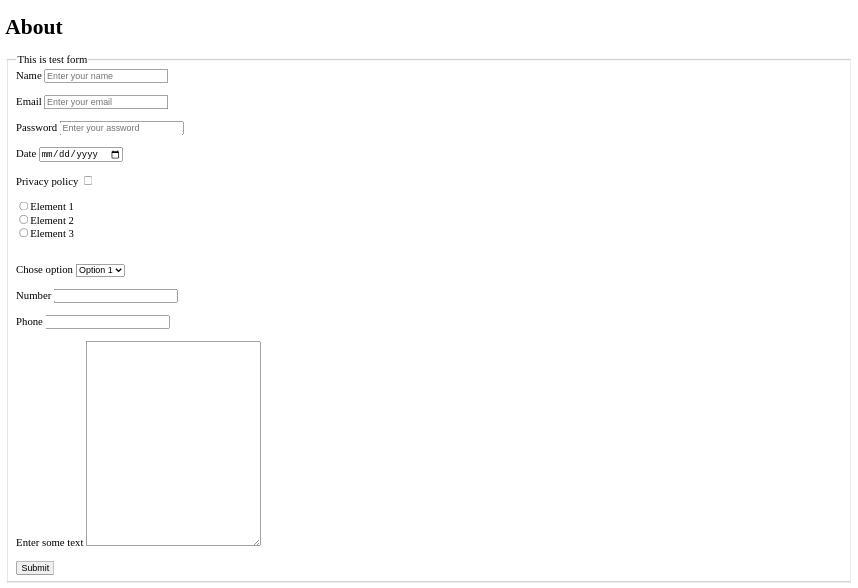
Repository: fisikusari/test-repo
Page: about.html
The author's editor kept a copy of each file at every save. The page is drawn from the files as they stood at one save, then again after the next save.
The browser window is 1280 px wide. The pictures show the whole page, at 67% of full size.

Above is the page before, as saved 2021-11-11 19:47:37.

### about.html
<!DOCTYPE html>
<html lang="en">

<head>
  <meta charset="UTF-8">
  <meta http-equiv="X-UA-Compatible" content="IE=edge">
  <meta name="viewport" content="width=device-width, initial-scale=1.0">
  <title>About</title>
</head>

<body>
  <h1>About</h1>
  <!--Form Starts here-->
  <form action="">
    <!--Fieldset Starts here-->
    <fieldset>
      <legend>This is test form</legend>
      <label for="name">Name</label>
      <input type="text" id="name" name="emri" placeholder="Enter your name" /><br><br>
      <label for="email">Email</label>
      <input type="email" name="email" id="email" placeholder="Enter your email" /><br></br>
      <label for="password">Password</label>
      <input type="password" name="password" id="password" placeholder="Enter your assword"><br><br>
      <label for="date">Date</label>
      <input type="date" name="date" id="date"><br><br>
      <label for="privacy_policy">Privacy policy</label>
      <input type="checkbox" name="privacy_policy" id="privacy_policy"> <br></br>
      <label for="radio_item_1">
        <input type="radio" name="default_name" value="1">Element 1 <br>
        <input type="radio" name="default_name" value="2">Element 2 <br>
        <input type="radio" name="default_name" value="3">Element 3 <br>
      </label>
      <br><br>
      <label for="options">Chose option</label>
      <select name="options" id="options">
        <option value="1">Option 1</option>
        <option value="2">Option 2</option>
        <option value="3">Option 3</option>
      </select>
      <input type="hidden" name="hidden" value="xyz123K">
      <br><br>
      <label for="number">Number</label>
      <input type="number" name="number" id="number"><br><br>
      <label for="tel">Phone</label>
      <input type="tel" name="tel" id="tel"><br><br>
      <label for="textarea">Enter some text</label>
      <textarea name="" id="" cols="30" rows="20"></textarea> <br><br>
      <input type="submit" value="Submit">
    </fieldset>
    <!--Fieldset Ends here-->
  </form>
  <!--Form Ends here-->
</body>

</html>

After the next save:
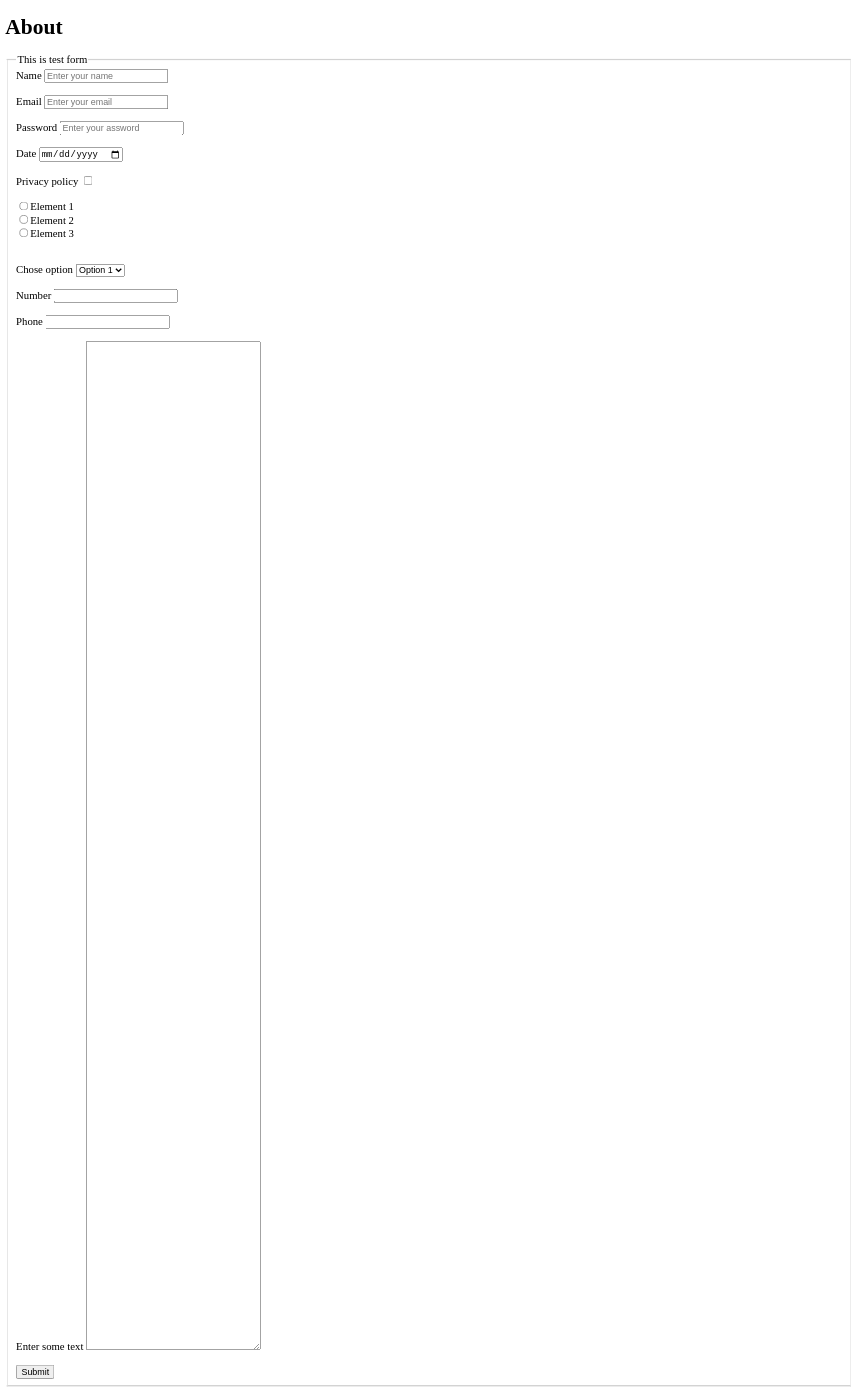
Saved 11 s later.
--- a/about.html
+++ b/about.html
@@ -44,7 +44,7 @@
       <label for="tel">Phone</label>
       <input type="tel" name="tel" id="tel"><br><br>
       <label for="textarea">Enter some text</label>
-      <textarea name="" id="" cols="30" rows="20"></textarea> <br><br>
+      <textarea name="" id="" cols="30" rows="100"></textarea> <br><br>
       <input type="submit" value="Submit">
     </fieldset>
     <!--Fieldset Ends here-->
